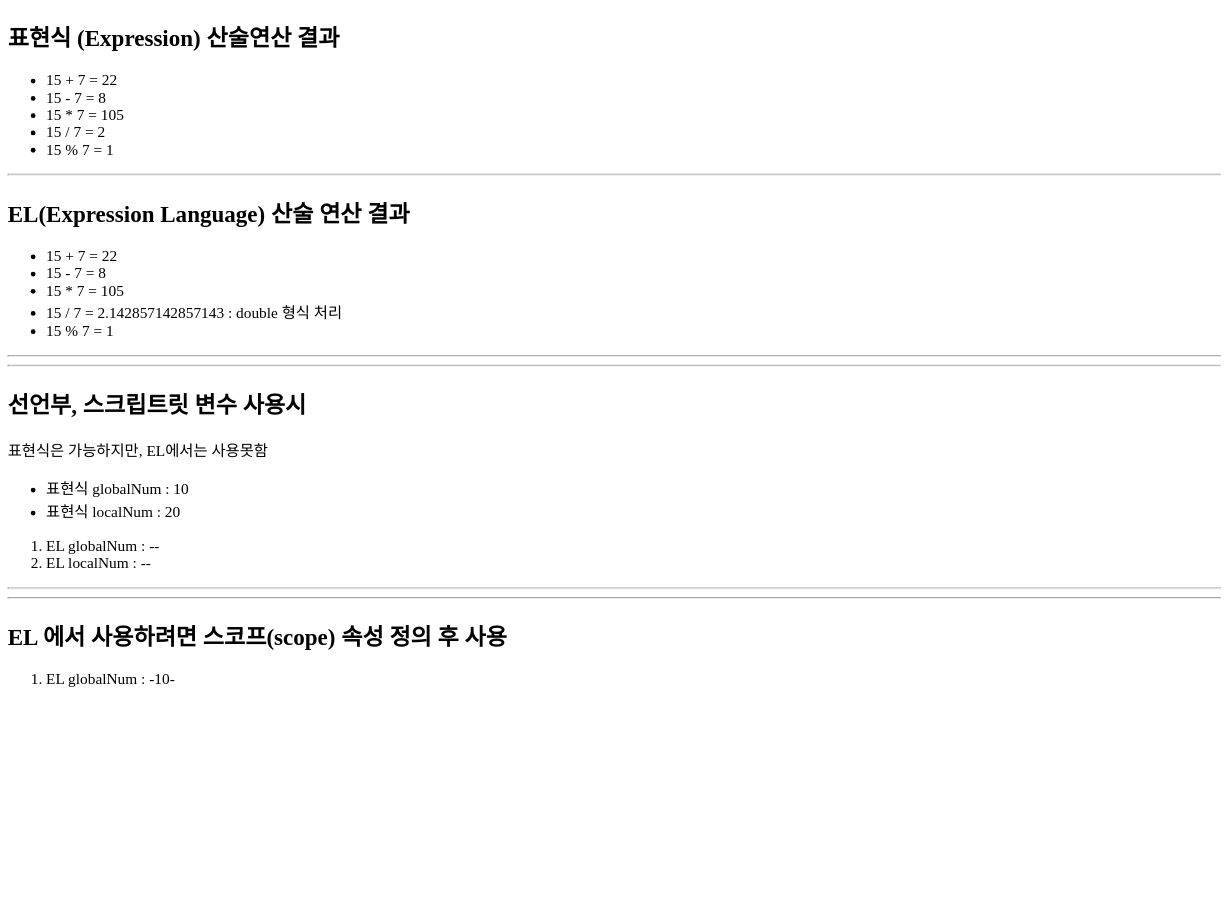
Repository: SeYoung1012/Bitcamp
Page: http://localhost/07_EL_JSTL/EL01_scope.jsp
An editor plug-in stored every save of this project. The page is shown before and after the next save, followed by the edit.
The browser window is 1280 px wide. The pictures show the whole page, at 96% of full size.
The page is served by Tomcat 9. The template is opened directly, without the code that normally fills it, so the values that code supplies are empty.

Above is the page before, as saved 2021-09-29 06:34:02.

After the next save:
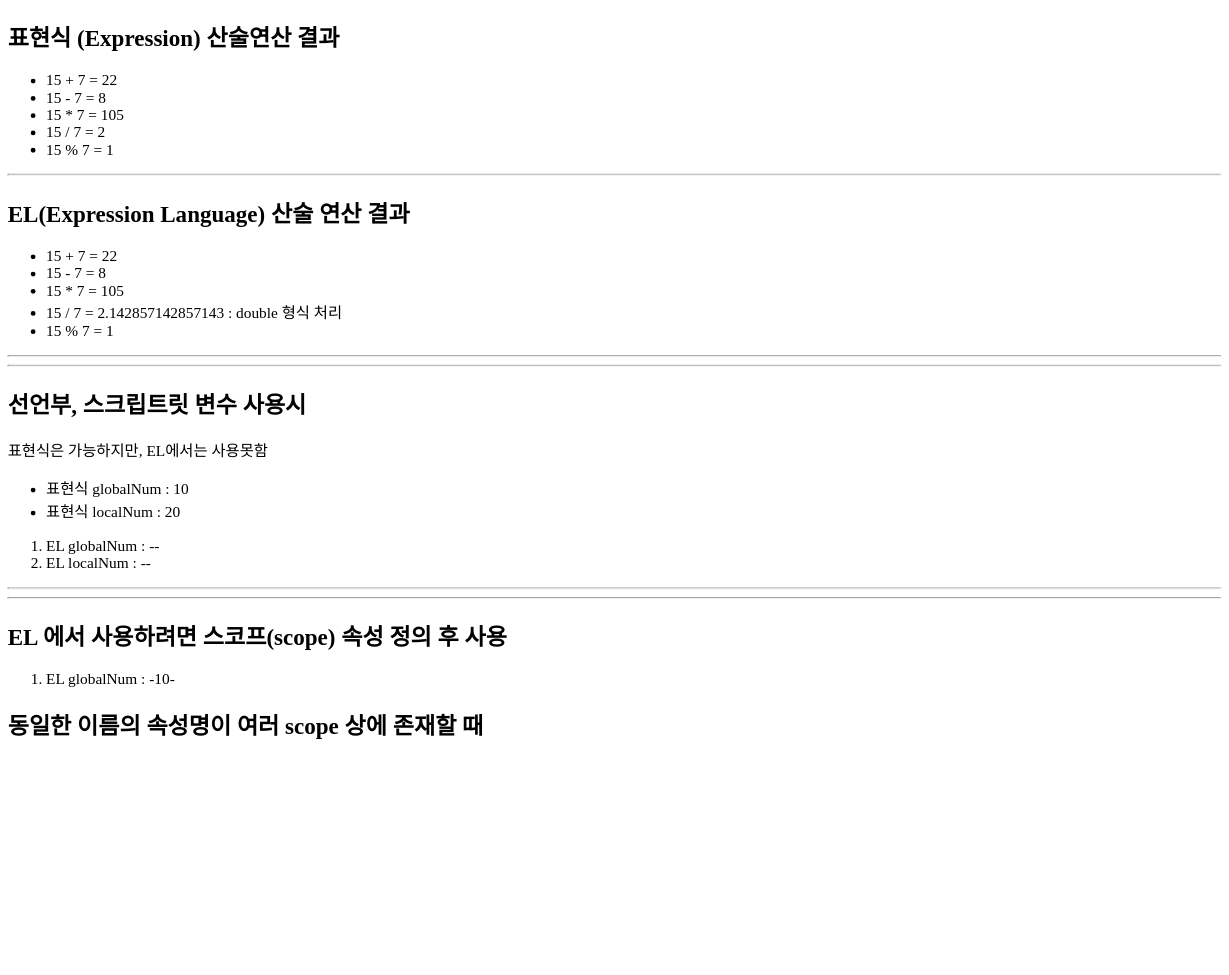
Saved 67 s later.
--- a/60_web/07_EL_JSTL/WebContent/EL01_scope.jsp
+++ b/60_web/07_EL_JSTL/WebContent/EL01_scope.jsp
@@ -63,8 +63,11 @@
 	<% pageContext.setAttribute("p_globalNum", globalNum); %>
 	<ol>
 		<li> EL globalNum : -${p_globalNum }- </li>
+	</ol>
 
-	</ol>
+	<%-- ======================================= --%>
+	<h2> 동일한 이름의 속성명이 여러 scope 상에 존재할 때</h2>
+
 
 
 	<br><br><br><br><br><br><br><br><br><br><br><br>
